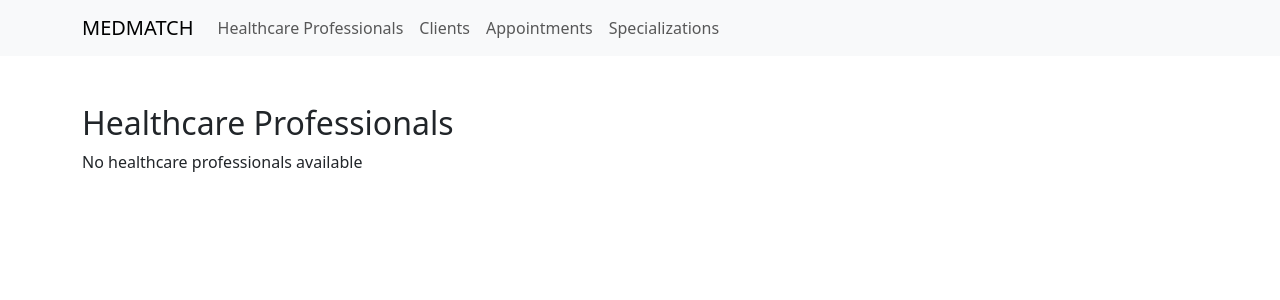
Repository: fahma20/medmatch-platform
Page: /healthcare-professionals (app in client/)
These files come from the project's save history. The page is drawn as it stood at one moment and after the next save; the edit follows.
The browser window is 1280 px wide. The pictures show the whole page.
The page's requests for data from a server got no answer. The project was rebuilt for these pictures with package versions that can differ from the ones it lists, and the page was loaded fresh each time. No one was signed in, and anything a server would have sent is missing. Also part of the build but not shown: client/src/components/Specializations.js, client/src/components/Appointments.js, client/src/components/Clients.js, client/src/components/Homepage.js.

Above is the page before, as saved 2025-01-31 08:26:30.

After the next save:
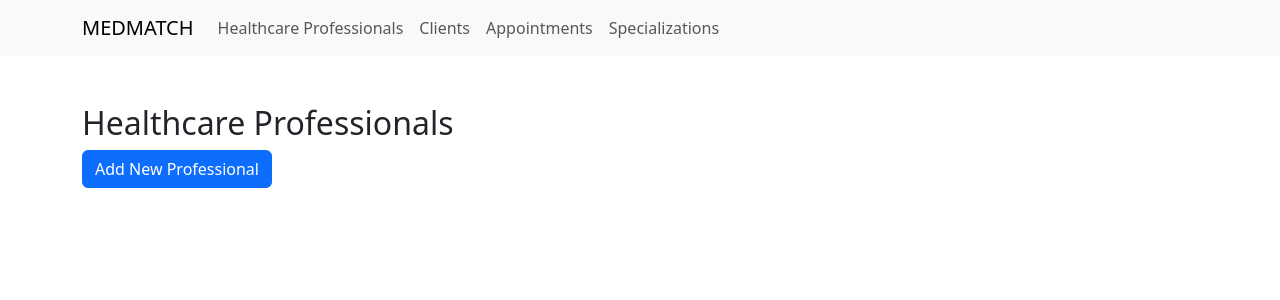
Saved 68 s later.
--- a/client/src/components/Healthcareprofessionals.js
+++ b/client/src/components/Healthcareprofessionals.js
@@ -4,49 +4,38 @@
 
 // HealthcareProfessionals.js
 // HealthcareProfessionals.js
-import React, { useEffect, useState } from 'react';
+import React, { useState, useEffect } from 'react';
 import axios from 'axios';
+import { Link } from 'react-router-dom';
 
 const HealthcareProfessionals = () => {
   const [professionals, setProfessionals] = useState([]);
-  const [loading, setLoading] = useState(true);
 
   useEffect(() => {
-    // Fetch healthcare professionals from the backend
-    axios.get('http://localhost:5000/api/healthcare_professionals')
+    axios.get('/api/healthcare_professionals')
       .then(response => {
         setProfessionals(response.data);
-        setLoading(false);
       })
       .catch(error => {
-        console.error('Error fetching healthcare professionals:', error);
-        setLoading(false);
+        console.error("There was an error fetching healthcare professionals:", error);
       });
   }, []);
-
-  if (loading) {
-    return <div>Loading...</div>;
-  }
 
   return (
     <div>
       <h2>Healthcare Professionals</h2>
-      {professionals.length === 0 ? (
-        <p>No healthcare professionals available</p>
-      ) : (
-        <div className="card-deck">
-          {professionals.map((professional) => (
-            <div key={professional.id} className="card">
-              <img className="card-img-top" src="placeholder.jpg" alt={professional.name} />
-              <div className="card-body">
-                <h5 className="card-title">{professional.name}</h5>
-                <p className="card-text">Specialization: {professional.specializations.map(specialization => specialization.name).join(', ')}</p>
-                <p className="card-text">Status: {professional.status}</p>
-              </div>
+      <Link to="/healthcare-professionals/create" className="btn btn-primary mb-3">Add New Professional</Link>
+      <div className="list-group">
+        {professionals.map(professional => (
+          <div key={professional.id} className="list-group-item d-flex justify-content-between align-items-center">
+            <span>{professional.name}</span>
+            <div>
+              <Link to={`/healthcare-professionals/${professional.id}`} className="btn btn-info btn-sm me-2">View</Link>
+              <Link to={`/healthcare-professionals/${professional.id}/edit`} className="btn btn-warning btn-sm">Edit</Link>
             </div>
-          ))}
-        </div>
-      )}
+          </div>
+        ))}
+      </div>
     </div>
   );
 };
